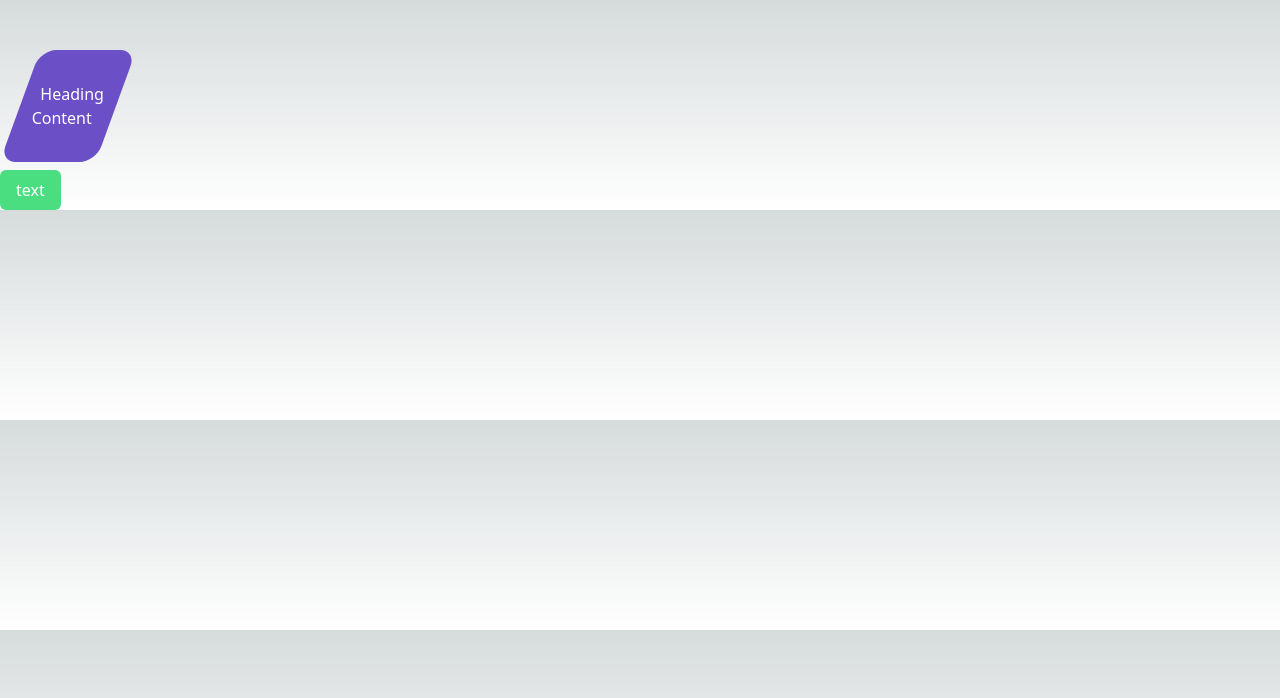
Repository: PreciousOritsedere/jasere-test
Page: /
The author's editor kept a copy of each file at every save. The page is drawn from the files as they stood at one save, then again after the next save.
The browser window is 1280 px wide. The pictures show the whole page.
The project was rebuilt for these pictures with package versions that can differ from the ones it lists, and the page was loaded fresh each time. The framework's server and built-in components were replaced by stand-ins that run in the browser. Also part of the build but not shown: next.config.mjs.

Above is the page before, as saved 2024-03-26 14:38:06.

### src/pages/index.js
import Image from "next/image";

export default function Home() {
  return (
    <main className="max-w-[500px] w-full mt-[50px] flex flex-col items-start gap-2">
      <div className="parallelogram">
        <h3>Heading</h3>
        <p>Content</p>
      </div>

      <div className="bg-green-400 text-white px-4 py-2 rounded-md">text</div>
    </main>
  );
}

### src/styles/globals.css
@tailwind base;
@tailwind components;
@tailwind utilities;

:root {
  --foreground-rgb: 0, 0, 0;
  --background-start-rgb: 214, 219, 220;
  --background-end-rgb: 255, 255, 255;
}

@media (prefers-color-scheme: dark) {
  :root {
    --foreground-rgb: 255, 255, 255;
    --background-start-rgb: 0, 0, 0;
    --background-end-rgb: 0, 0, 0;
  }
}

body {
  color: rgb(var(--foreground-rgb));
  background: linear-gradient(
      to bottom,
      transparent,
      rgb(var(--background-end-rgb))
    )
    rgb(var(--background-start-rgb));
}

@layer utilities {
  .text-balance {
    text-wrap: balance;
  }
}

.parallelogram {
  background: #6b4fc6; /* Or use bg-purple-400 if you're using a utility-first CSS framework */
  color: white;
  padding: 16px; /* px-4 */
  padding-top: 32px; /* py-2, adjusted for the skew */
  padding-bottom: 32px; /* py-2, adjusted for the skew */
  transform: skew(-20deg);
  margin-left: 20px;
  margin-right: 100px; /* Adjusted for the skew to prevent text overflow */
  position: relative;
  overflow: hidden; /* Prevents the child elements from overflowing */
  border-radius: 16px;
}

.parallelogram h3,
.parallelogram p {
  transform: skew(20deg);
}

Loaded but not shown: src/pages/_app.js (common file); src/pages/_document.js (common file); tailwind.config.js (common file)

After the next save:
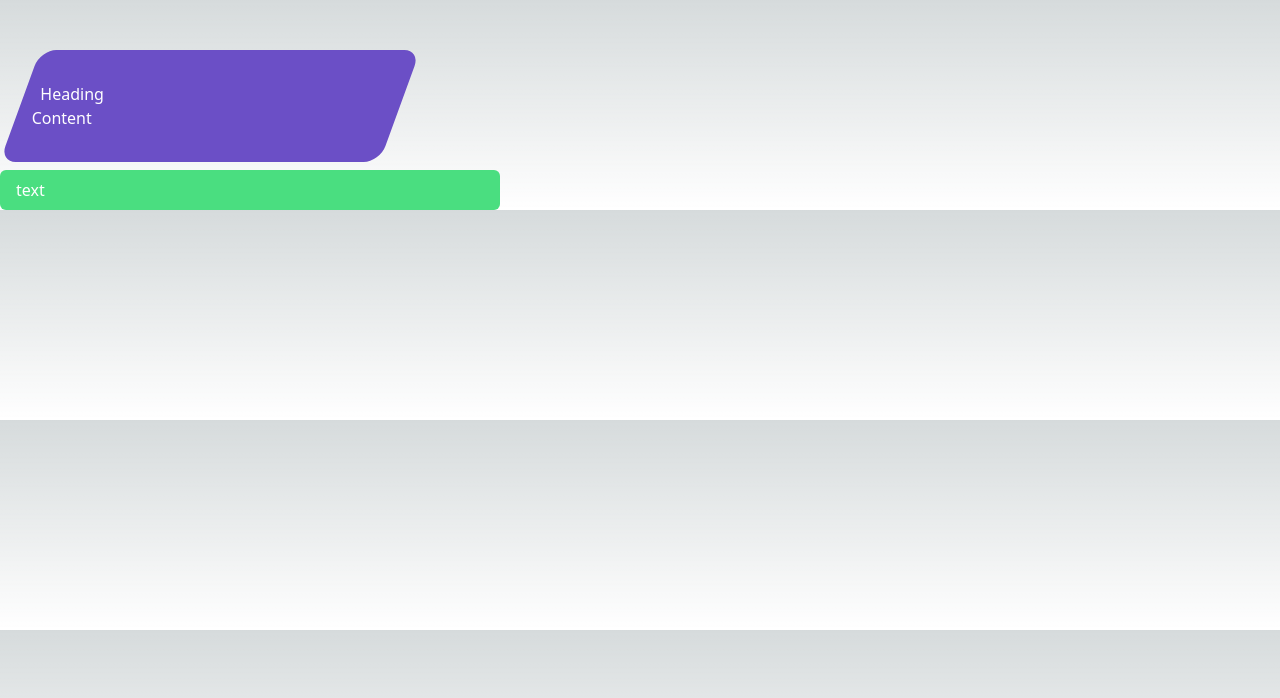
Saved 8 s later.
--- a/src/pages/index.js
+++ b/src/pages/index.js
@@ -2,7 +2,7 @@ import Image from "next/image";
 
 export default function Home() {
   return (
-    <main className="max-w-[500px] w-full mt-[50px] flex flex-col items-start gap-2">
+    <main className="max-w-[500px] w-full mt-[50px] flex flex-col gap-2">
       <div className="parallelogram">
         <h3>Heading</h3>
         <p>Content</p>
